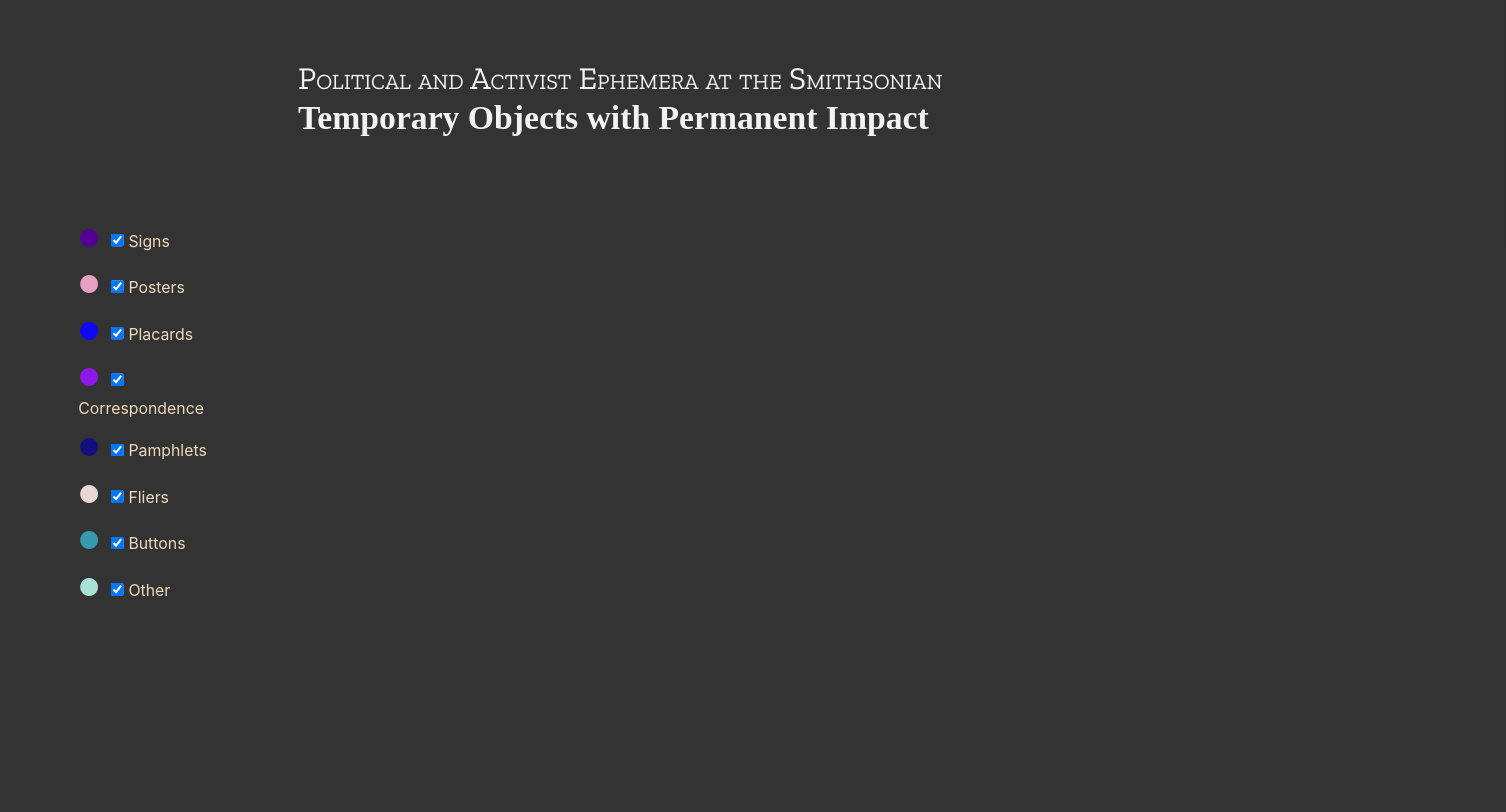
Repository: m0llyc00k/Major-studio-1
Page: Final/index-2.html
The author's editor kept a record of every edit. The page is drawn from the files as they stood at one moment, then again after the next edit.
The browser window is 1280 px wide. The page is 1521 px wide, so the pictures cover 1521 px, including what lies to the right of the window. The pictures show the whole page, at 99% of full size.
The page's requests for data from a server got no answer. Some web fonts or font styles are not loaded; a fallback is used.

Above is the page before.

After the next edit:
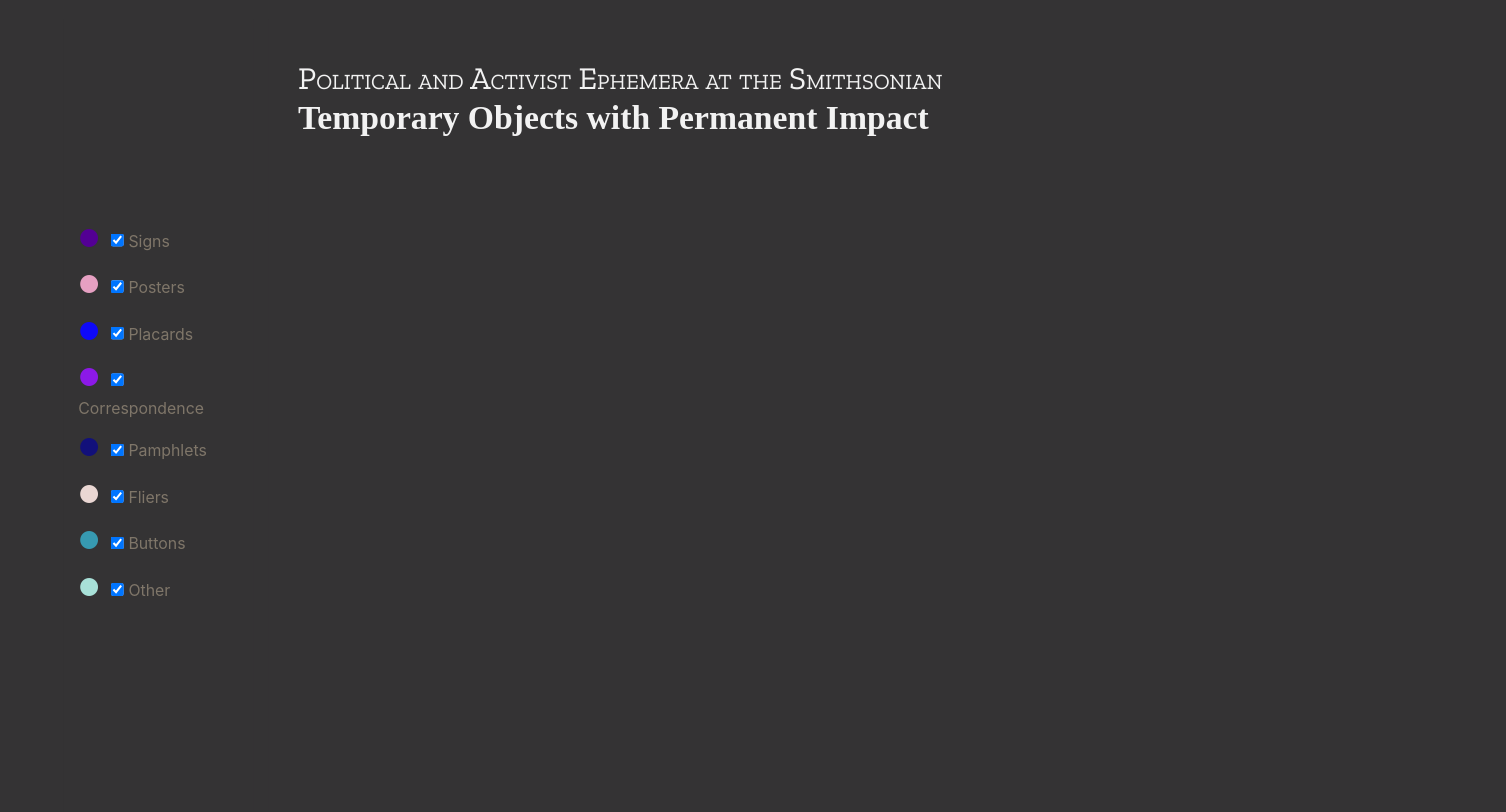
The edit:
--- a/Final/index-2.html
+++ b/Final/index-2.html
@@ -34,7 +34,7 @@
         #checkboxes>* {
             font: Roboto;
             font-weight: 400;
-            color: #efdab9;
+            color: #7f7669;
             padding-top: 3px;
             display: block;
 
